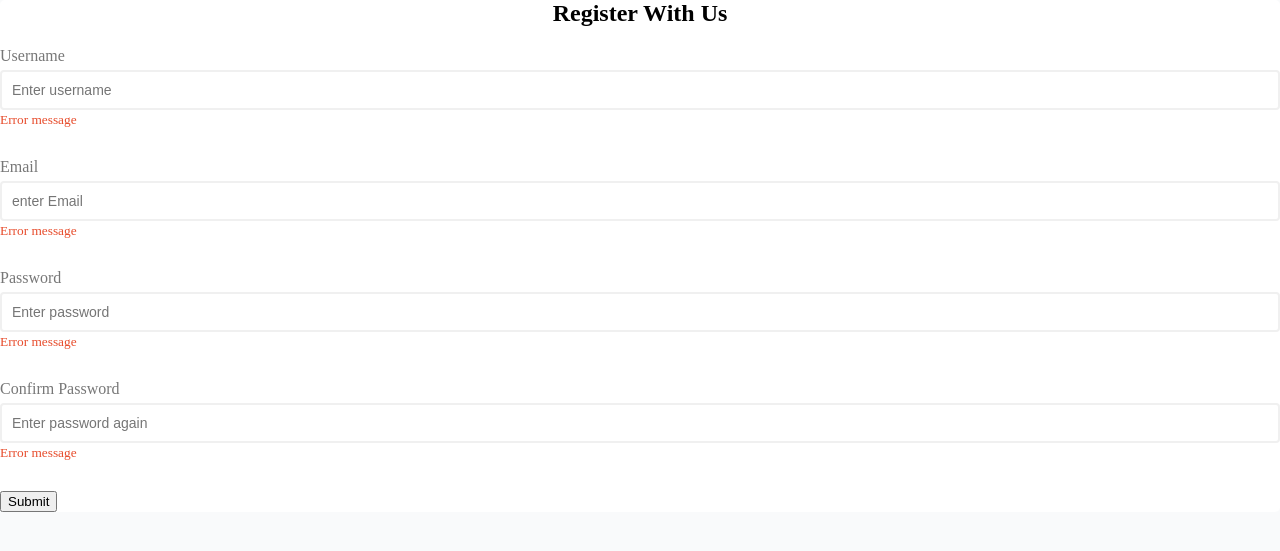
Repository: atko87/Form-Validator-Intro-
Page: index.html
These files come from the project's save history. The page is drawn as it stood at one moment and after the next save; the edit follows.
The browser window is 1280 px wide. The pictures show the whole page.

Above is the page before, as saved 2020-03-07 23:13:16.

### index.html
<!DOCTYPE html>
<html lang="en">
  <head>
    <meta charset="UTF-8" />
    <meta name="viewport" content="width=device-width, initial-scale=1.0" />
    <link rel="stylesheet" href="style.css" />
    <title>Form Validator</title>
  </head>
  <body>
    <div class="container">
      <form id="form" class="form">
        <h2>Register With Us</h2>

        <div class="form-control">
          <label for="username">Username</label>
          <input type="text" id="username" placeholder="Enter username" />
          <small>Error message</small>
        </div>
        <div class="form-control">
          <label for="email">Email</label>
          <input type="text" id="email" placeholder="enter Email" />
          <small>Error message</small>
        </div>
        <div class="form-control">
          <label for="password">Password</label>
          <input type="text" id="password" placeholder="Enter password" />
          <small>Error message</small>
        </div>
        <div class="form-control">
          <label for="password2">Confirm Password</label>
          <input
            type="password"
            id="password2"
            placeholder="Enter password again"
          />
          <small>Error message</small>
        </div>
        <button>Submit</button>
      </form>
    </div>

    <script src="script.js"></script>
  </body>
</html>

### style.css
@import url("https://fonts.googleapis.com/css?family=Open+Sans&display=swap");

:root {
  --sucess-color: #2ecc71;
  --error-color: #e74c2c;
}

* {
  box-sizing: border-box;
}

body {
  background-color: #f9fafb;
  font-size: "Open Sans", sans-serif;
  align-items: center;
  justify-content: center;
  min-height: 100vh;
  margin: 0;
}
.container {
  background-color: #fff;
  border-radius: 5px;
  box-shadow: 0 2px 10 px rgba(0, 0, 0, 0.3);
  width: 400 px;
}
h2 {
  text-align: center;
  margin: 0 0 20px;
}

.fomr {
  padding: 30px 40px;
}

.form-control {
  margin-bottom: 10px;
  padding-bottom: 20px;
  position: relative;
}

.form-control label {
  color: #777;
  display: block;
  margin-bottom: 5px;
}
.form-control input {
  border: 2px solid #f0f0f0;
  border-radius: 4px;
  display: block;
  width: 100%;
  padding: 10px;
  font-size: 14px;
}

.form-control input:focus {
  outline: 0;
  border-color: #777;
}

.form-control.success input {
  border-color: var(--sucess-color);
}

.form-control.error input {
  border-color: var(--error-color);
}

.form-control small {
  color: var(--error-color);
}

Loaded but not shown: script.js (no copy from this time; the picture is the same without it)

After the next save:
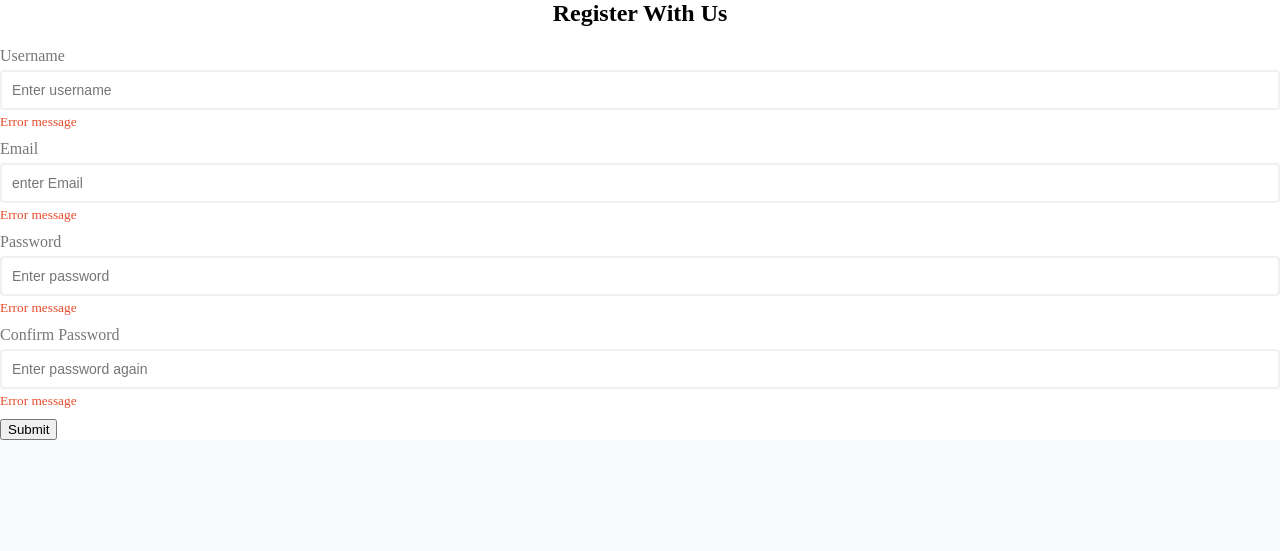
Saved 45 s later.
--- a/style.css
+++ b/style.css
@@ -67,4 +67,7 @@ h2 {
 
 .form-control small {
   color: var(--error-color);
+  position: absolute;
+  bottom: 0;
+  left: 0;
 }
